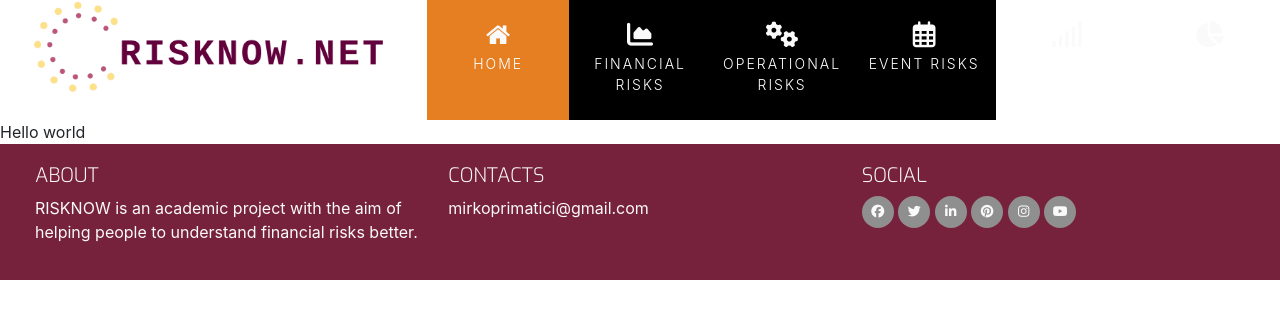
Repository: mirkoprimaticix/risknow.net
Page: index.html
The author's editor kept a record of every edit. The page is drawn from the files as they stood at one moment, then again after the next edit.
The browser window is 1280 px wide. The pictures show the whole page.
Some web libraries are served in a nearby version.

Above is the page before.
Console error: TypeError: Cannot read properties of undefined (reading 'fn')

After the next edit:
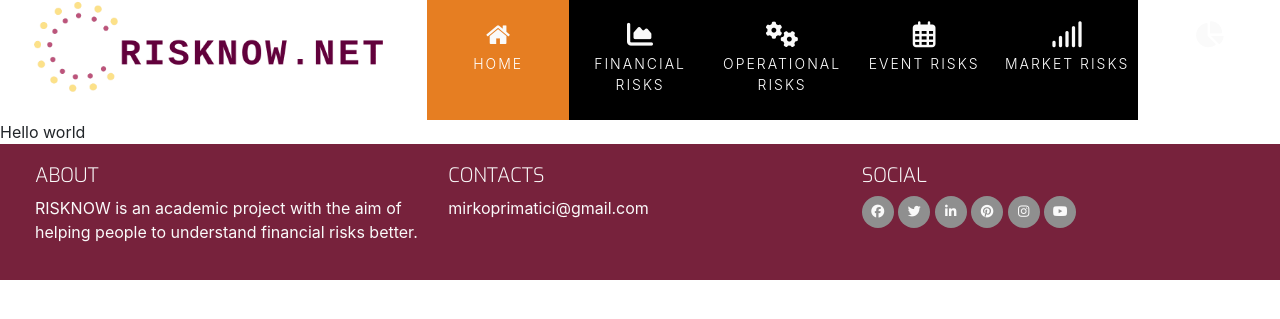
The edit:
--- a/assets/css/style.css
+++ b/assets/css/style.css
@@ -35,6 +35,10 @@
 }
 
 .ui-menu-color-er {
+    background-color: black;
+}
+
+.ui-menu-color-mr {
     background-color: black;
 }
 
